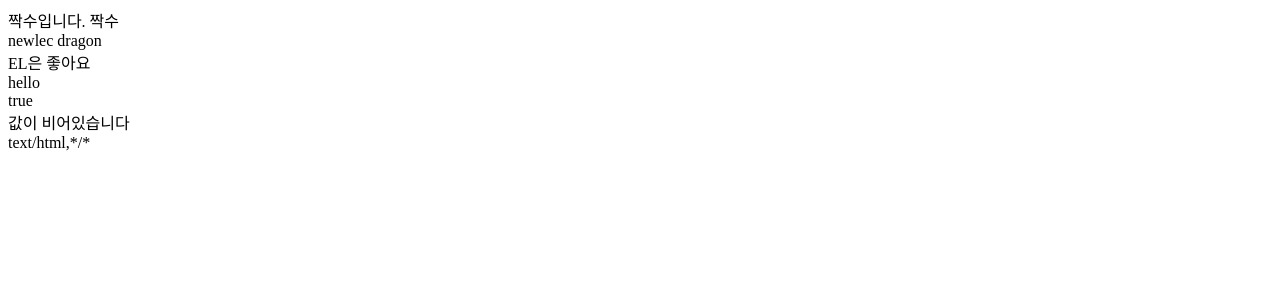
Repository: soyamilk0705/spring-newlecture
Page: http://localhost/JSPPrj/spag
An editor plug-in stored every save of this project. The page is shown before and after the next save, followed by the edit.
The browser window is 1280 px wide. The pictures show the whole page.
The page is served by Tomcat 9. Other server files are loaded and not shown.

Above is the page before, as saved 2024-01-18 13:40:48.

### ServeltAndJsp/JSPPrj/WebContent/spag.jsp
<%@ page language="java" contentType="text/html; charset=UTF-8"
    pageEncoding="UTF-8"%>
<!DOCTYPE html>
<html>
<head>
<meta charset="UTF-8">
<title>Insert title here</title>
</head>
<%
pageContext.setAttribute("result", "hello");
%>
<body>
	<%=request.getAttribute("result") %>입니다.
	${requestScope.result }<br />
	${names[0] }
	${names[1] }<br />
	${notice.title }<br />
	${result }<br />
	${empty param.n}<br /> <!-- if(param.n == null || param.n == '') -->
	${empty param.n ? '값이 비어있습니다' : param.n }<br />
	${header.accept }

</body>
</html>

### ServeltAndJsp/JSPPrj/src/com/newlecture/web/Spag.java
package com.newlecture.web;

import java.io.IOException;
import java.util.HashMap;
import java.util.Map;

import javax.servlet.RequestDispatcher;
import javax.servlet.ServletException;
import javax.servlet.annotation.WebServlet;
import javax.servlet.http.HttpServlet;
import javax.servlet.http.HttpServletRequest;
import javax.servlet.http.HttpServletResponse;

@WebServlet("/spag")
public class Spag extends HttpServlet{

	@Override
	protected void doGet(HttpServletRequest request, HttpServletResponse response) throws ServletException, IOException {
		int num = 0;
		String num_ = request.getParameter("n");

		if(num_ != null && !num_.equals("")){
			num = Integer.parseInt(num_);
		}

		String result;

		if(num%2!=0)
			result = "홀수";
		else
			result = "짝수";

		request.setAttribute("result", result);

		String[] names = {"newlec", "dragon"};
		request.setAttribute("names", names);

		Map<String, Object> notice = new HashMap<>();
		notice.put("id", 1);
		notice.put("title", "EL은 좋아요");
		request.setAttribute("notice", notice);


		// redirect: 현재 작업한 내용과 상관 없이 새로운 요청
		// forward: 현재 작업한 내용을 이어가도록 공유
		RequestDispatcher dispatcher = request.getRequestDispatcher("spag.jsp");

		dispatcher.forward(request, response);

	}

}

After the next save:
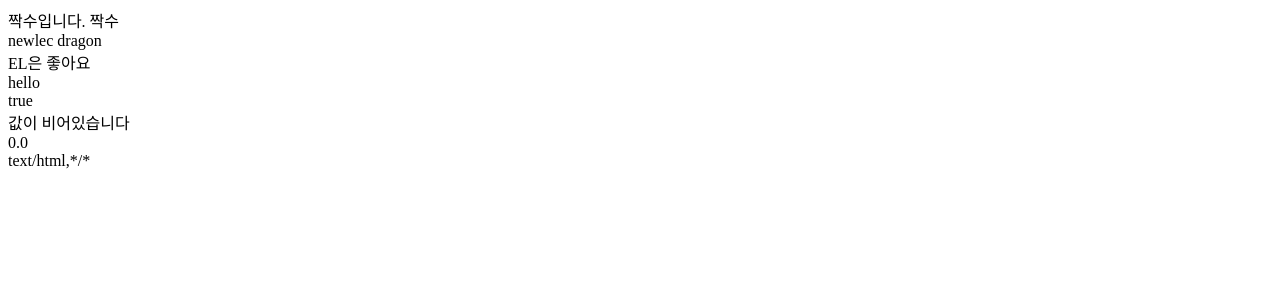
Saved 30 s later.
--- a/ServeltAndJsp/JSPPrj/WebContent/spag.jsp
+++ b/ServeltAndJsp/JSPPrj/WebContent/spag.jsp
@@ -18,6 +18,7 @@ pageContext.setAttribute("result", "hello");
 	${result }<br />
 	${empty param.n}<br /> <!-- if(param.n == null || param.n == '') -->
 	${empty param.n ? '값이 비어있습니다' : param.n }<br />
+	${param.n/2 }<br />
 	${header.accept }
 
 </body>
